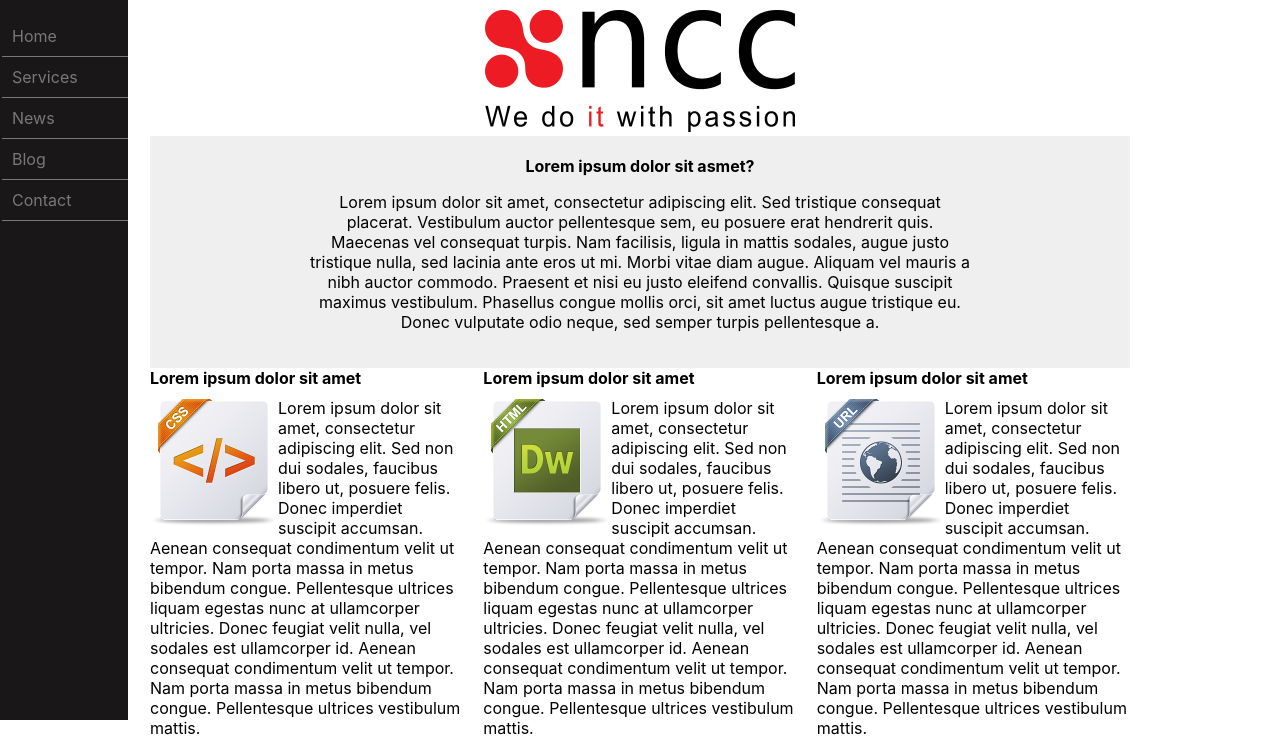
Repository: nganha241/testt
Page: /
The author's editor kept a copy of each file at every save. The page is drawn from the files as they stood at one save, then again after the next save.
The browser window is 1280 px wide. The pictures show the whole page.
The project was rebuilt for these pictures with package versions that can differ from the ones it lists, and the page was loaded fresh each time.

Above is the page before, as saved 2023-02-28 11:41:33.

After the next save:
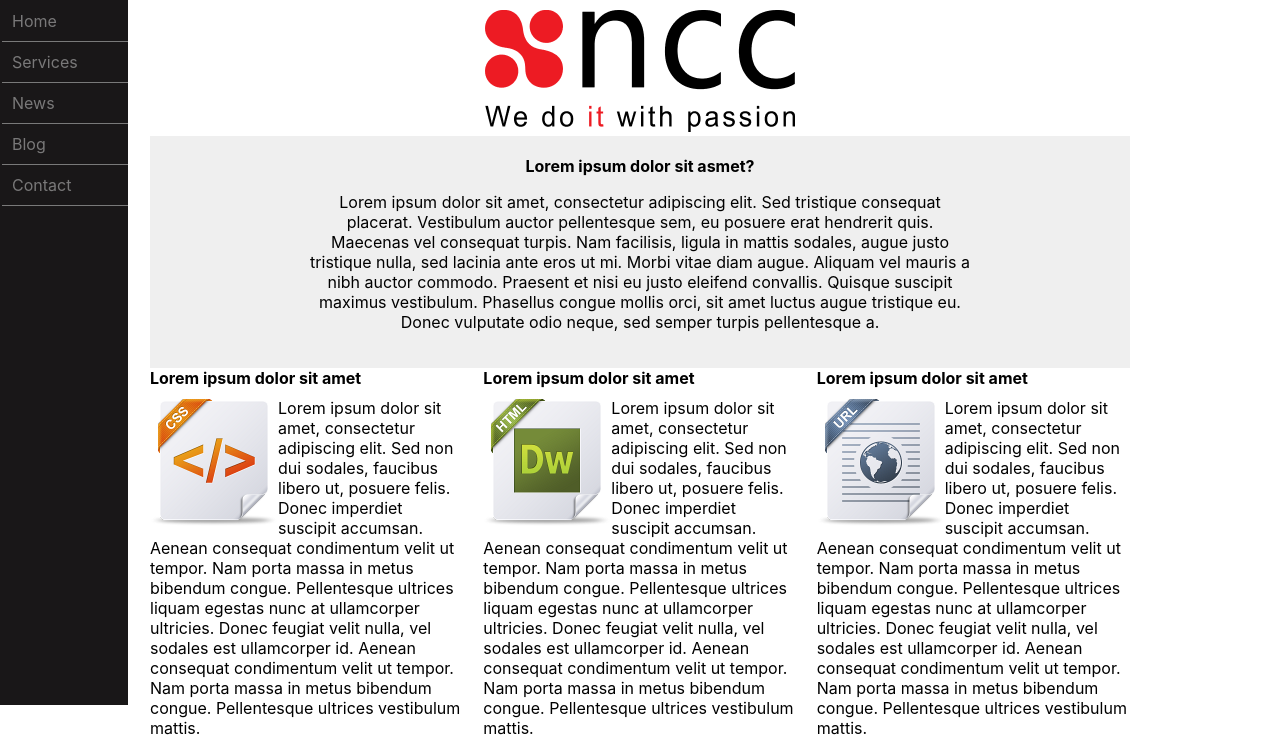
Saved 27 s later.
--- a/src/pages/Navbar/Navbar.css
+++ b/src/pages/Navbar/Navbar.css
@@ -1,6 +1,6 @@
 .nav {
   position: fixed;
-  top: 0;
+  top: -15px;
   left: -38px;
   height: 100%;
   background: #191718;

After the save that followed:
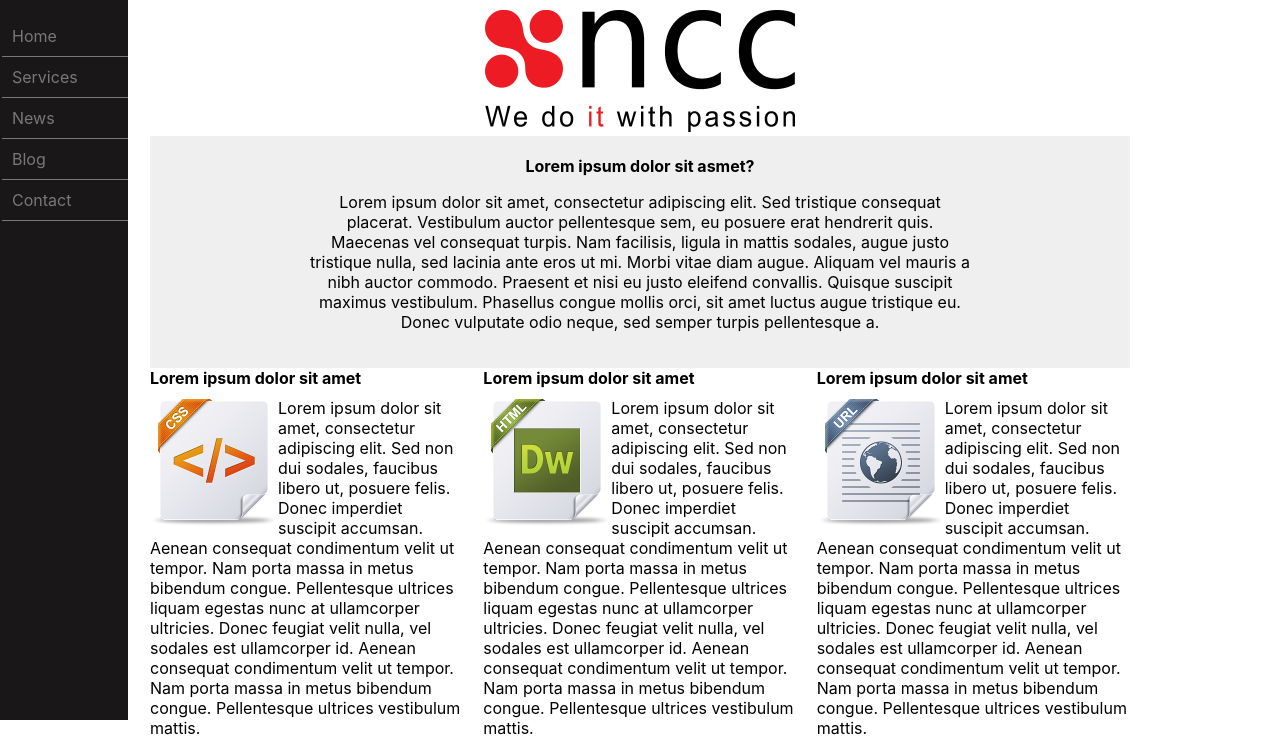
Saved 19 s later.
--- a/src/pages/Navbar/Navbar.css
+++ b/src/pages/Navbar/Navbar.css
@@ -1,12 +1,12 @@
 .nav {
   position: fixed;
-  top: -15px;
+  top: 0;
   left: -38px;
   height: 100%;
   background: #191718;
 }
 .nav-content {
-  /* padding: 10px; */
+  padding-top: -15px;
   color: #aaaa;
 }
 .nav-content li {
@@ -22,6 +22,6 @@
   color: #aaaa;
   text-decoration: none;
 }
-.nav-content li:hover a {
+.nav-content li:hover a:hover {
   color: #fff;
 }
